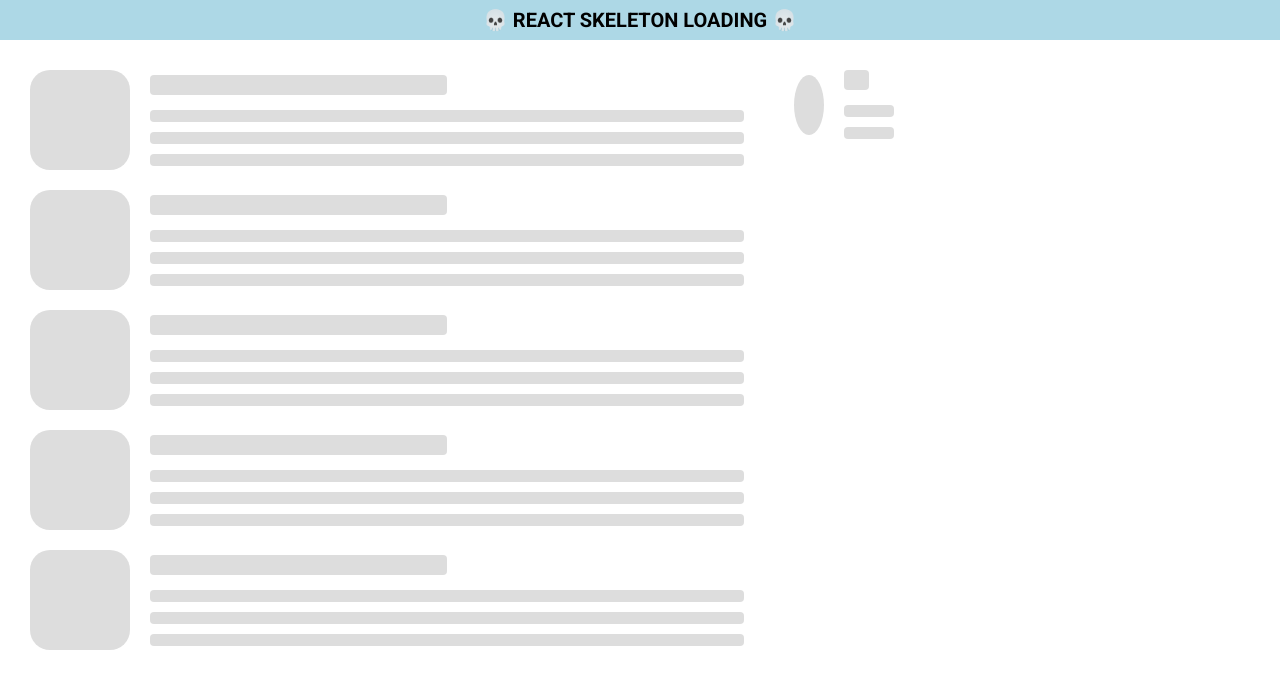
Repository: ethanJones21/React-Skeleton-Loading
Page: /
The author's editor kept a copy of each file at every save. The page is drawn from the files as they stood at one save, then again after the next save.
The browser window is 1280 px wide. The pictures show the whole page.
The page's requests for data from a server got no answer. The project was rebuilt for these pictures with package versions that can differ from the ones it lists, and the page was loaded fresh each time. No one was signed in, and anything a server would have sent is missing. Also part of the build but not shown: src/components/Post.css, src/components/Post.js.

Above is the page before, as saved 2020-11-26 03:23:34.

### public/index.html
<!DOCTYPE html>
<html lang="en">
  <head>
    <meta charset="utf-8" />
    <link rel="icon" href="%PUBLIC_URL%/favicon.ico" />
    <meta name="viewport" content="width=device-width, initial-scale=1" />
    <meta name="theme-color" content="#000000" />
    <meta name="description" content="React skeleton loading" />
    <link rel="preconnect" href="https://fonts.gstatic.com" />
    <link
      href="https://fonts.googleapis.com/css2?family=Roboto:wght@100;300;400;500;700;900&display=swap"
      rel="stylesheet"
    />
    <title>React Skeleton</title>
  </head>
  <body>
    <noscript>You need to enable JavaScript to run this app.</noscript>
    <div id="root"></div>
  </body>
</html>

### src/App.js
import './App.css';
import Header from './components/Header';
import Posts from './components/Posts';
import User from './components/User';

function App() {
  return (
    <div className="app">
      <Header/>

      <div className="appContainer">
        <Posts/>
        <User/>
      </div>
    </div>
  );
}

export default App;

### src/App.css
*{
    margin: 0;
    font-family: 'Roboto', sans-serif;
}
.appContainer{
    display: flex;
    padding: 20px;
    align-items: start;
}

### src/components/Header.js
import React from 'react';
import "./Header.css"

const Header = () => {
    return (
        <div className="header">
            <span>💀 REACT SKELETON LOADING 💀 </span>
        </div>
    );
};

export default Header;

### src/components/Posts.js
import React, { useEffect, useState } from "react";
import Post from "./Post";
import "./Posts.css";
import { photos } from "../photos";
import PostSkeleton from "../skeleton/PostSkeleton";

const Posts = () => {
  const [postArray, setPostArray] = useState([]);

  useEffect(() => {
    setTimeout(() => {
      const fetchPosts = async () => {
        const res = await fetch("https://jsonplaceholder.typicode.com/posts");
        const data = await res.json();
        setPostArray(data.slice(0, 10));
      };
      fetchPosts();
    }, 5000);
  }, []);

  return (
    <div className="posts">
      {postArray.length > 0
        ? postArray.map((post) => (
            <Post
              key={post.id}
              post={{ ...post, photo: photos[post.id - 1] }}
            />
          ))
        : [1, 2, 3, 4, 5].map((item) => <PostSkeleton />)}
    </div>
  );
};

export default Posts;

### src/components/User.js
import React, { useState, useEffect } from "react";
import "./User.css";
import { photos } from "../photos";
import UserSkeleton from "../skeleton/UserSkeleton";

const User = () => {
  const [user, setUser] = useState(null);

  useEffect(() => {
    setTimeout(() => {
      const fetchUser = async () => {
        const res = await fetch("https://jsonplaceholder.typicode.com/users");
        const data = await res.json();
        setUser(data[0]);
      };
      fetchUser();
    }, 5000);
  }, []);

  return (
    <div className="user">
      {user !== null ? (
        <>
          <div className="userPhoto">
            <img className="userPhotoImg" src={photos[9]} alt="avatar" />
          </div>
          <div className="userInfo">
            <span className="userInfoText">
              <b>{user.name}</b>
            </span>
            <span className="userInfoText">{user.email}</span>
            <span className="userInfoText">{user.address.street}</span>
          </div>
          <button className="writeButton">Write a Story</button>
        </>
      ) : (
        <UserSkeleton />
      )}
    </div>
  );
};

export default User;

### src/components/Header.css
.header{
    display: flex;
    align-items: center;
    justify-content: center;
    height: 40px;
    width: 100%;
    background-color: lightblue;
    font-weight: 600;
    font-size: 20px;
}

### src/components/Posts.css
.posts{
    flex: 0.6;
    padding-right: 50px;
}

### src/photos.js
export const photos = [
  "https://images.pexels.com/photos/789296/pexels-photo-789296.jpeg?auto=compress&cs=tinysrgb&dpr=2&w=500",
  "https://images.pexels.com/photos/3772771/pexels-photo-3772771.jpeg?auto=compress&cs=tinysrgb&dpr=2&w=500",
  "https://images.pexels.com/photos/3059745/pexels-photo-3059745.jpeg?auto=compress&cs=tinysrgb&dpr=2&w=500",
  "https://images.pexels.com/photos/2896840/pexels-photo-2896840.jpeg?auto=compress&cs=tinysrgb&dpr=2&w=500",
  "https://images.pexels.com/photos/3155588/pexels-photo-3155588.jpeg?auto=compress&cs=tinysrgb&dpr=2&w=500",
  "https://images.pexels.com/photos/936019/pexels-photo-936019.jpeg?auto=compress&cs=tinysrgb&dpr=2&w=500",
  "https://images.pexels.com/photos/1071162/pexels-photo-1071162.jpeg?auto=compress&cs=tinysrgb&dpr=2&w=500",
  "https://images.pexels.com/photos/3147528/pexels-photo-3147528.jpeg?auto=compress&cs=tinysrgb&dpr=2&w=500",
  "https://images.pexels.com/photos/3541389/pexels-photo-3541389.jpeg?auto=compress&cs=tinysrgb&dpr=2&w=500",
  "https://images.pexels.com/photos/1680172/pexels-photo-1680172.jpeg?auto=compress&cs=tinysrgb&dpr=2&w=500",
];

### src/skeleton/PostSkeleton.js
import React from "react";
import "./PostSkeleton.css";
import Skeleton from "./Skeleton";

const PostSkeleton = () => {
  return (
    <div className="postSkeleton">
      <Skeleton type="avatar" />
      <div className="postSkeletonRight">
        <Skeleton type="title" />
        <Skeleton type="text" />
        <Skeleton type="text" />
        <Skeleton type="text" />
      </div>
    </div>
  );
};

export default PostSkeleton;

### src/components/User.css
.user {
  flex: 0.4;
  display: flex;
  align-items: center;
}

.userPhotoImg {
  width: 60px;
  height: 60px;
  border-radius: 50%;
  margin-right: 20px;
  object-fit: cover;
}

.userInfo{
    display: flex;
    flex-direction: column;
}

.writeButton{
    padding: 10px;
    border: none;
    margin-left: 20px;
    border-radius: 10px;
    cursor: pointer;
}

.writeButton:focus{
    outline: none;
}

### src/skeleton/UserSkeleton.js
import React from "react";
import Skeleton from "./Skeleton";

const UserSkeleton = () => {
  return (
    <div className="postSkeleton">
      <Skeleton type="userAvatar" />
      <div className="postSkeletonRight">
        <Skeleton type="title" />
        <Skeleton type="text" />
        <Skeleton type="text" />
      </div>
    </div>
  );
};

export default UserSkeleton;

### src/skeleton/PostSkeleton.css
.postSkeleton {
  display: flex;
  align-items: center;
}

.postSkeletonRight{
    width: 100%;
}

### src/skeleton/Skeleton.js
import React from "react";
import "./Skeleton.css"

const Skeleton = ({ type }) => {
  return <div className={`skeleton ${type}`}></div>;
};

export default Skeleton;

### src/skeleton/Skeleton.css
.skeleton {
  background: #ddd;
  overflow: hidden;
  margin: 10px;
  border-radius: 4px;
}

.skeleton.text {
  width: 100%;
  height: 12px;
}

.skeleton.title {
  width: 50%;
  height: 20px;
  margin-bottom: 15px;
}

.skeleton.avatar {
  width: 120px;
  height: 100px;
  border-radius: 20%;
}

.skeleton.userAvatar {
  width: 60px;
  height: 60px;
  border-radius: 50%;
}

### src/skeleton/UserSkeleton.css
.userSkeleton {
    display: flex;
    align-items: center;
  }

  .userSkeletonRight{
      width: 100%;
  }

Loaded but not shown: src/index.js (common file)

After the next save:
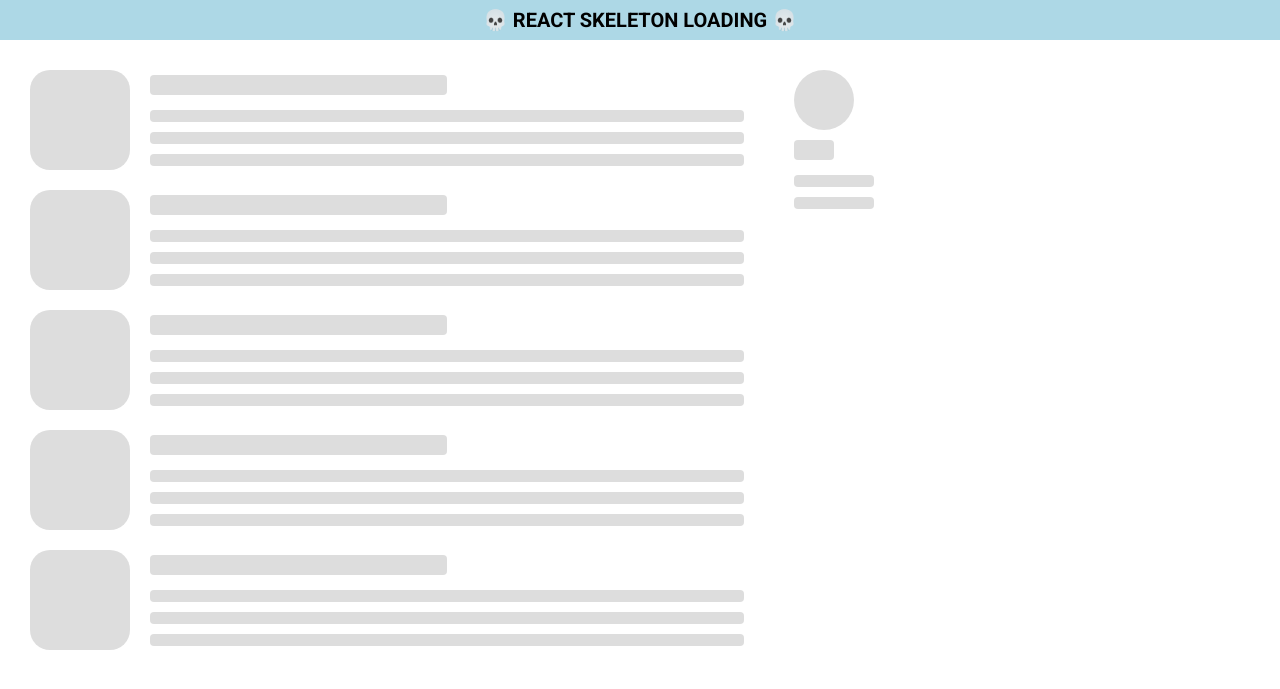
Saved 13 s later.
--- a/src/skeleton/UserSkeleton.js
+++ b/src/skeleton/UserSkeleton.js
@@ -3,9 +3,9 @@ import Skeleton from "./Skeleton";
 
 const UserSkeleton = () => {
   return (
-    <div className="postSkeleton">
+    <div className="userSkeleton">
       <Skeleton type="userAvatar" />
-      <div className="postSkeletonRight">
+      <div className="userSkeletonRight">
         <Skeleton type="title" />
         <Skeleton type="text" />
         <Skeleton type="text" />

After the 2 saves that followed:
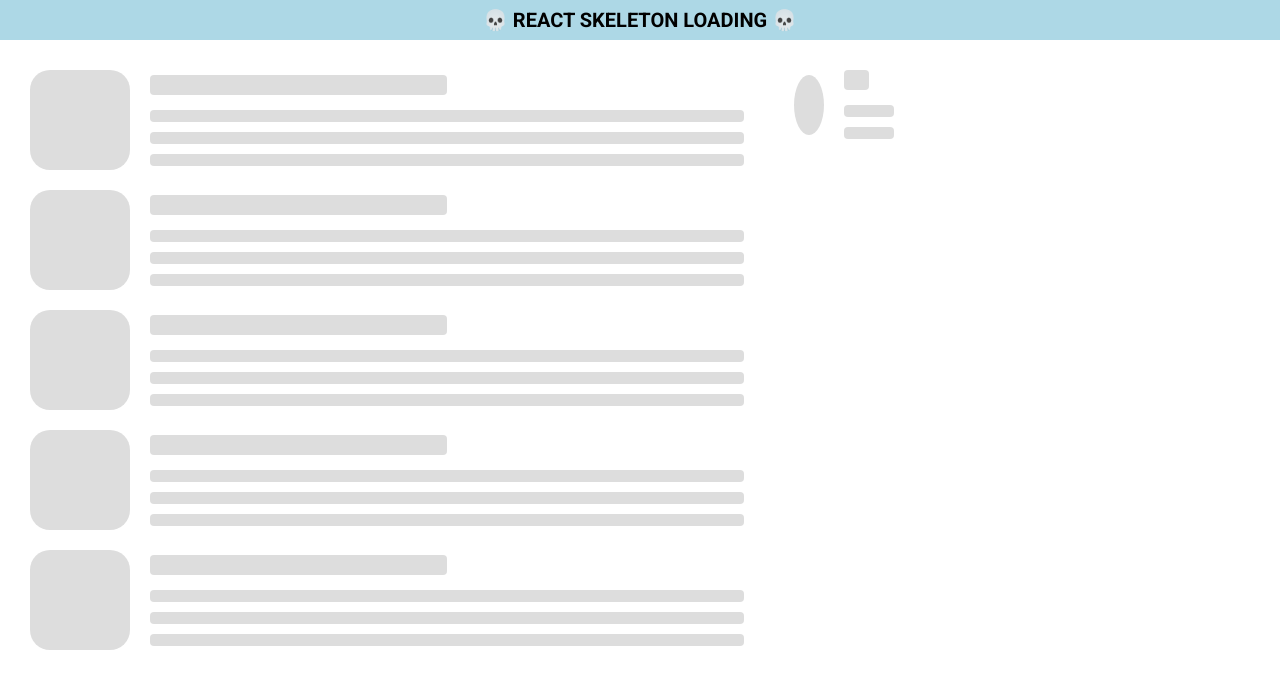
The 2 saves are shown as one change because 1 left the picture as it was.
The last was saved 38 s later.
--- a/src/skeleton/UserSkeleton.js
+++ b/src/skeleton/UserSkeleton.js
@@ -1,4 +1,5 @@
 import React from "react";
+import "./UserSkeleton.css";
 import Skeleton from "./Skeleton";
 
 const UserSkeleton = () => {
--- a/src/skeleton/UserSkeleton.css
+++ b/src/skeleton/UserSkeleton.css
@@ -1,8 +1,8 @@
 .userSkeleton {
-    display: flex;
-    align-items: center;
-  }
+  display: flex;
+  align-items: center;
+}
 
-  .userSkeletonRight{
-      width: 100%;
-  }
+.userSkeletonRight {
+  width: 100%;
+}
